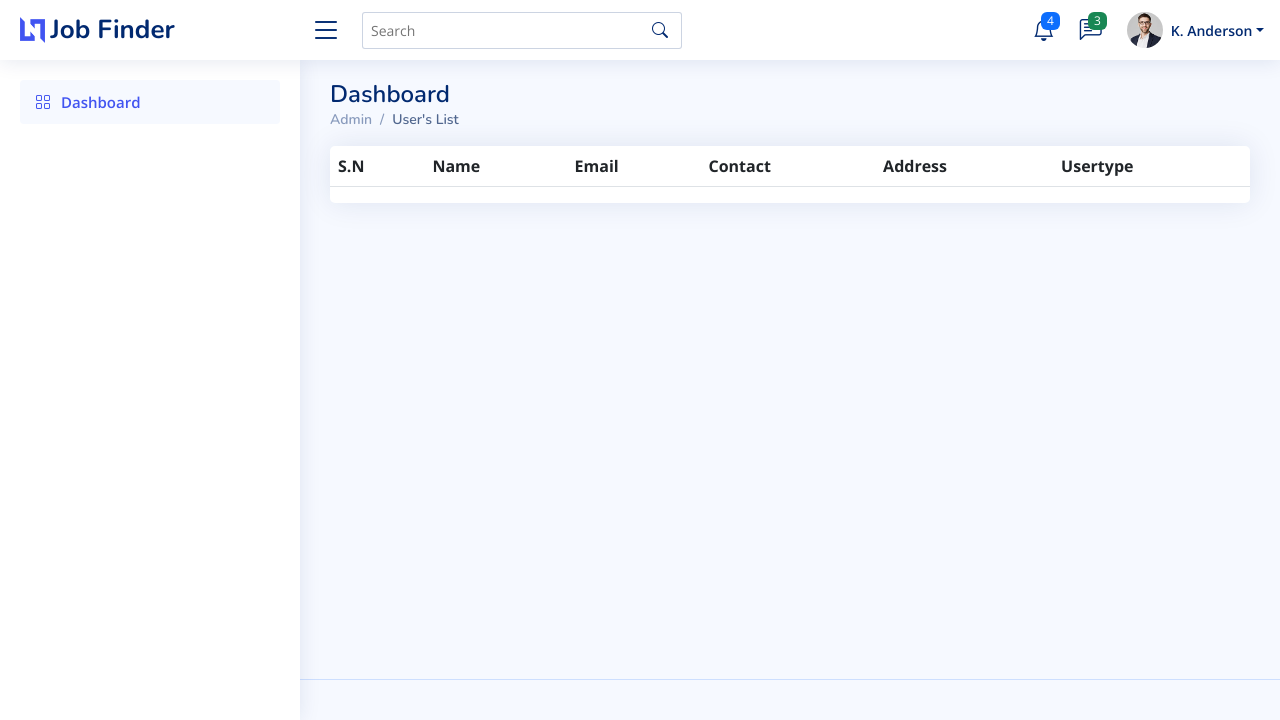
Repository: neha-rouniyar/jobfinder
Page: http://localhost/admin/users-list
These files come from the project's save history. The page is drawn as it stood at one moment and after a run of saves; the edit follows.
The browser window is 1280 px wide. The pictures show the whole page.
The page is served by the project's Laravel application, run on PHP 8.4 with Laravel 10. Other server files are loaded and not shown. Queries for data that is not in the repository find no rows.

Above is the page before, as saved 2023-12-21 22:06:49.

### routes/web.php
<?php

use App\Http\Controllers\Admin\AdminController;
use App\Http\Controllers\RegisterController;
use Illuminate\Support\Facades\Route;

/*
|--------------------------------------------------------------------------
| Web Routes
|--------------------------------------------------------------------------
|
| Here is where you can register web routes for your application. These
| routes are loaded by the RouteServiceProvider and all of them will
| be assigned to the "web" middleware group. Make something great!
|
*/

Route::get('/', function () {
    return view('welcome');
});

Route::get('/login-form',[RegisterController::class,'loginForm'])->name('login.form');
Route::get('/register-form',[RegisterController::class,'registerForm'])->name('register.form');
Route::get('/employer-form',[RegisterController::class,'employerForm'])->name('employer.form');
Route::post('/user/register-form',[RegisterController::class,'userRegisterStore'])->name('user.register.submit');
Route::post('/employer/register-form',[RegisterController::class,'companyRegisterStore'])->name('company.register.submit');
Route::post('/login-submit',[RegisterController::class,'loginAuthenticate'])->name('login.submit');





Route::get('/verify-email/{token}',[RegisterController::class,'verifyEmail'])->name('verify.email');


//admin page
Route::get('/admin-dashboard',[AdminController::class,'index'])->name('admin.dashboard');
Route::get('/admin/users-list',[AdminController::class,'userList'])->name('admin.users.list');


//common routes
// Route::get('/admin-dashboard',[AdminController::class,'index'])->name('common.dashboard');

### app/Http/Controllers/Admin/AdminController.php
<?php

namespace App\Http\Controllers\Admin;

use App\Http\Controllers\Controller;
use App\Models\User;
use Illuminate\Http\Request;

class AdminController extends Controller
{
    public function index()
    {
        return view('admin.index');
    }
    public function userList()
    {
        $users=User::all();
        // dd($users);
        return view('admin.user.userList',compact('users'));
    }
}

### app/Models/User.php
<?php

namespace App\Models;

// use Illuminate\Contracts\Auth\MustVerifyEmail;
use Illuminate\Database\Eloquent\Factories\HasFactory;
use Illuminate\Foundation\Auth\User as Authenticatable;
use Illuminate\Notifications\Notifiable;
use Laravel\Sanctum\HasApiTokens;

class User extends Authenticatable
{
    use HasApiTokens, HasFactory, Notifiable;

    /**
     * The attributes that are mass assignable.
     *
     * @var array<int, string>
     */
    protected $fillable = [
        'name',
        'email',
        'password',
    ];

    /**
     * The attributes that should be hidden for serialization.
     *
     * @var array<int, string>
     */
    protected $hidden = [
        'password',
        'remember_token',
    ];

    /**
     * The attributes that should be cast.
     *
     * @var array<string, string>
     */
    protected $casts = [
        'email_verified_at' => 'datetime',
        'password' => 'hashed',
    ];
    public function emailVerification()
    {
        return $this->hasOne(EmailVerification::class);
    }
    public function roles()
    {
        return $this->belongsToMany(User::class,'user_roles','user_id','role_id');
    }

}

### resources/views/admin/user/userList.blade.php
@extends('admin.index')
@section('content')

<main id="main" class="main">

    <div class="pagetitle">
        <h1>Dashboard</h1>
        <nav>
          <ol class="breadcrumb">
            <li class="breadcrumb-item"><a href="#">Admin</a></li>
            <li class="breadcrumb-item active">User's List</li>
          </ol>
        </nav>
      </div>
      <div class="card" id="div1">
      <table class="table .table-borderless">
        <thead>
          <tr>
            <th scope="col">S.N</th>
            <th scope="col">Name</th>
            <th scope="col">Email</th>
            <th scope="col">Contact</th>
            <th scope="col">Address</th>
            <th scope="col">Usertype</th>
          </tr>
        </thead>
        <tbody>
            @foreach ($users as $data)

            <td>1</td>
            <td>{{$data->name}}</td>
            <td>{{$data->email}}</td>
            <td>{{$data->contact}}</td>
            <td>{{$data->address}}</td>
            <td>
                @if ($data->usertype=='regular')
                <span class="badge rounded-pill bg-primary">Regular</span>
                @elseif ($data->usertype=='employer')
                <span class="badge rounded-pill bg-primary">Employer</span>

                @endif
            </td>

        </tbody>
        @endforeach
      </table>
      </div>

  </main

@endsection

### resources/views/admin/index.blade.php
<!DOCTYPE html>
<html lang="en">

<head>
  <meta charset="utf-8">
  <meta content="width=device-width, initial-scale=1.0" name="viewport">

  <title>Dashboard - NiceAdmin Bootstrap Template</title>
  <meta content="" name="description">
  <meta content="" name="keywords">

  <!-- Favicons -->
  <link href="assets/img/favicon.png" rel="icon">
  <link href="assets/img/apple-touch-icon.png" rel="apple-touch-icon">

  @include('admin.adminfiles.css')
</head>
<body>

  <!-- ======= Header ======== -->
@include('admin.adminfiles.navbar')


  <!-- ======= Sidebar ======= -->
  @include('admin.adminfiles.sidebar')

  @yield('content')
  <!-- End #main -->

  <!-- ======= Footer ======= -->
@include('admin.adminfiles.footer')
  <!-- End Footer -->

  <a href="#" class="back-to-top d-flex align-items-center justify-content-center"><i class="bi bi-arrow-up-short"></i></a>

  <!-- Vendor JS Files -->
@include('admin.adminfiles.js')

</body>

</html>

### resources/views/admin/adminfiles/css.blade.php
<link href="https://fonts.gstatic.com" rel="preconnect">
  <link href="https://fonts.googleapis.com/css?family=Open+Sans:300,300i,400,400i,600,600i,700,700i|Nunito:300,300i,400,400i,600,600i,700,700i|Poppins:300,300i,400,400i,500,500i,600,600i,700,700i" rel="stylesheet">

  <!-- Vendor CSS Files -->
  <link href="{{asset('adminasset/vendor/bootstrap/css/bootstrap.min.css')}}" rel="stylesheet">
  <link href="{{asset('adminasset/vendor/bootstrap-icons/bootstrap-icons.css')}}" rel="stylesheet">
  <link href="{{asset('adminasset/vendor/boxicons/css/boxicons.min.css')}}" rel="stylesheet">
  <link href="{{asset('adminasset/vendor/quill/quill.snow.css')}}" rel="stylesheet">
  <link href="{{asset('adminasset/vendor/quill/quill.bubble.css')}}" rel="stylesheet">
  <link href="{{asset('adminasset/vendor/remixicon/remixicon.css')}}" rel="stylesheet">
  <link href="{{asset('adminasset/vendor/simple-datatables/style.css')}}" rel="stylesheet">

  <!-- Template Main CSS File -->
  <link href="{{asset('adminasset/css/style.css')}}" rel="stylesheet">

### resources/views/admin/adminfiles/navbar.blade.php

<header id="header" class="header fixed-top d-flex align-items-center">

    <div class="d-flex align-items-center justify-content-between">
      <a href="index.html" class="logo d-flex align-items-center">
        <img src="{{asset('adminasset/img/logo.png')}}" alt="">
        <span class="d-none d-lg-block">Job Finder</span>
      </a>
      <i class="bi bi-list toggle-sidebar-btn"></i>
    </div><!-- End Logo -->

    <div class="search-bar">
      <form class="search-form d-flex align-items-center" method="POST" action="#">
        <input type="text" name="query" placeholder="Search" title="Enter search keyword">
        <button type="submit" title="Search"><i class="bi bi-search"></i></button>
      </form>
    </div><!-- End Search Bar -->

    <nav class="header-nav ms-auto">
      <ul class="d-flex align-items-center">

        <li class="nav-item d-block d-lg-none">
          <a class="nav-link nav-icon search-bar-toggle " href="#">
            <i class="bi bi-search"></i>
          </a>
        </li><!-- End Search Icon-->

        <li class="nav-item dropdown">

          <a class="nav-link nav-icon" href="#" data-bs-toggle="dropdown">
            <i class="bi bi-bell"></i>
            <span class="badge bg-primary badge-number">4</span>
          </a><!-- End Notification Icon -->

          <ul class="dropdown-menu dropdown-menu-end dropdown-menu-arrow notifications">
            <li class="dropdown-header">
              You have 4 new notifications
              <a href="#"><span class="badge rounded-pill bg-primary p-2 ms-2">View all</span></a>
            </li>
            <li>
              <hr class="dropdown-divider">
            </li>

            <li class="notification-item">
              <i class="bi bi-exclamation-circle text-warning"></i>
              <div>
                <h4>Lorem Ipsum</h4>
                <p>Quae dolorem earum veritatis oditseno</p>
                <p>30 min. ago</p>
              </div>
            </li>

            <li>
              <hr class="dropdown-divider">
            </li>

            <li class="notification-item">
              <i class="bi bi-x-circle text-danger"></i>
              <div>
                <h4>Atque rerum nesciunt</h4>
                <p>Quae dolorem earum veritatis oditseno</p>
                <p>1 hr. ago</p>
              </div>
            </li>

            <li>
              <hr class="dropdown-divider">
            </li>

            <li class="notification-item">
              <i class="bi bi-check-circle text-success"></i>
              <div>
                <h4>Sit rerum fuga</h4>
                <p>Quae dolorem earum veritatis oditseno</p>
                <p>2 hrs. ago</p>
              </div>
            </li>

            <li>
              <hr class="dropdown-divider">
            </li>

            <li class="notification-item">
              <i class="bi bi-info-circle text-primary"></i>
              <div>
                <h4>Dicta reprehenderit</h4>
                <p>Quae dolorem earum veritatis oditseno</p>
                <p>4 hrs. ago</p>
              </div>
            </li>

            <li>
              <hr class="dropdown-divider">
            </li>
            <li class="dropdown-footer">
              <a href="#">Show all notifications</a>
            </li>

          </ul><!-- End Notification Dropdown Items -->

        </li><!-- End Notification Nav -->

        <li class="nav-item dropdown">

          <a class="nav-link nav-icon" href="#" data-bs-toggle="dropdown">
            <i class="bi bi-chat-left-text"></i>
            <span class="badge bg-success badge-number">3</span>
          </a><!-- End Messages Icon -->

          <ul class="dropdown-menu dropdown-menu-end dropdown-menu-arrow messages">
            <li class="dropdown-header">
              You have 3 new messages
              <a href="#"><span class="badge rounded-pill bg-primary p-2 ms-2">View all</span></a>
            </li>
            <li>
              <hr class="dropdown-divider">
            </li>

            <li class="message-item">
              <a href="#">
                <img src="assets/img/messages-1.jpg" alt="" class="rounded-circle">
                <div>
                  <h4>Maria Hudson</h4>
                  <p>Velit asperiores et ducimus soluta repudiandae labore officia est ut...</p>
                  <p>4 hrs. ago</p>
                </div>
              </a>
            </li>
            <li>
              <hr class="dropdown-divider">
            </li>

            <li class="message-item">
              <a href="#">
                <img src="assets/img/messages-2.jpg" alt="" class="rounded-circle">
                <div>
                  <h4>Anna Nelson</h4>
                  <p>Velit asperiores et ducimus soluta repudiandae labore officia est ut...</p>
                  <p>6 hrs. ago</p>
                </div>
              </a>
            </li>
            <li>
              <hr class="dropdown-divider">
            </li>

            <li class="message-item">
              <a href="#">
                <img src="assets/img/messages-3.jpg" alt="" class="rounded-circle">
                <div>
                  <h4>David Muldon</h4>
                  <p>Velit asperiores et ducimus soluta repudiandae labore officia est ut...</p>
                  <p>8 hrs. ago</p>
                </div>
              </a>
            </li>
            <li>
              <hr class="dropdown-divider">
            </li>

            <li class="dropdown-footer">
              <a href="#">Show all messages</a>
            </li>

          </ul><!-- End Messages Dropdown Items -->

        </li><!-- End Messages Nav -->

        <li class="nav-item dropdown pe-3">

          <a class="nav-link nav-profile d-flex align-items-center pe-0" href="#" data-bs-toggle="dropdown">
            <img src="{{asset('adminasset/img/profile-img.jpg')}}" alt="Profile" class="rounded-circle">
            <span class="d-none d-md-block dropdown-toggle ps-2">K. Anderson</span>
          </a><!-- End Profile Iamge Icon -->

          <ul class="dropdown-menu dropdown-menu-end dropdown-menu-arrow profile">
            <li class="dropdown-header">
              <h6>{{ Session::get('hostelname') }}</h6>
              <span>Web Designer</span>
            </li>
            <li>
              <hr class="dropdown-divider">
            </li>

            <li>
              <a class="dropdown-item d-flex align-items-center" href="users-profile.html">
                <i class="bi bi-person"></i>
                <span>My Profile</span>
              </a>
            </li>
            <li>
              <hr class="dropdown-divider">
            </li>

            <li>
              <a class="dropdown-item d-flex align-items-center" href="users-profile.html">
                <i class="bi bi-gear"></i>
                <span>Account Settings</span>
              </a>
            </li>
            <li>
              <hr class="dropdown-divider">
            </li>

            <li>
              <a class="dropdown-item d-flex align-items-center" href="pages-faq.html">
                <i class="bi bi-question-circle"></i>
                <span>Need Help?</span>
              </a>
            </li>
            <li>
              <hr class="dropdown-divider">
            </li>

            <li>
              <a class="dropdown-item d-flex align-items-center" href="{{url('admin-logout')}}">
                <i class="bi bi-box-arrow-right"></i>
                <span>Sign Out</span>
              </a>
            </li>

          </ul><!-- End Profile Dropdown Items -->
        </li><!-- End Profile Nav -->

      </ul>
    </nav><!-- End Icons Navigation -->

  </header>

### resources/views/admin/adminfiles/sidebar.blade.php
<aside id="sidebar" class="sidebar">

    <ul class="sidebar-nav" id="sidebar-nav">

      <li class="nav-item">
        <a class="nav-link " href="">
          <i class="bi bi-grid"></i>
          <span>Dashboard</span>
        </a>
      </li>
      @if (Auth::check() && Auth::user()->usertype == 'admin')
      <li class="nav-item">
          <a class="nav-link collapsed" href="users-profile.html">
              <i class="bi bi-person"></i>
              <span>Employer's List</span>
          </a>
      </li>
      <li class="nav-item">
        <a class="nav-link collapsed" href="{{route('admin.users.list')}}">
            <i class="bi bi-person"></i>
            <span>User's List</span>
        </a>
    </li>
  @endif


      {{-- <li class="nav-item">
        <a class="nav-link collapsed" href="pages-faq.html">
          <i class="bi bi-question-circle"></i>
          <span>F.A.Q</span>
        </a>
      </li><!-- End F.A.Q Page Nav -->

      <li class="nav-item">
        <a class="nav-link collapsed" href="pages-contact.html">
          <i class="bi bi-envelope"></i>
          <span>Contact</span>
        </a>
      </li><!-- End Contact Page Nav -->

      <li class="nav-item">
        <a class="nav-link collapsed" href="pages-register.html">
          <i class="bi bi-card-list"></i>
          <span>Register</span>
        </a>
      </li><!-- End Register Page Nav -->

      <li class="nav-item">
        <a class="nav-link collapsed" href="pages-login.html">
          <i class="bi bi-box-arrow-in-right"></i>
          <span>Login</span>
        </a>
      </li><!-- End Login Page Nav -->

      <li class="nav-item">
        <a class="nav-link collapsed" href="pages-error-404.html">
          <i class="bi bi-dash-circle"></i>
          <span>Error 404</span>
        </a>
      </li><!-- End Error 404 Page Nav -->

      <li class="nav-item">
        <a class="nav-link collapsed" href="pages-blank.html">
          <i class="bi bi-file-earmark"></i>
          <span>Blank</span>
        </a>
      </li><!-- End Blank Page Nav --> --}}

    </ul>

  </aside>

### resources/views/admin/adminfiles/footer.blade.php

<footer id="footer" class="footer">
    {{-- <div class="copyright">
      &copy; Copyright <strong><span>NiceAdmin</span></strong>. All Rights Reserved
    </div>
    <div class="credits">
      <!-- All the links in the footer should remain intact. -->
      <!-- You can delete the links only if you purchased the pro version. -->
      <!-- Licensing information: https://bootstrapmade.com/license/ -->
      <!-- Purchase the pro version with working PHP/AJAX contact form: https://bootstrapmade.com/nice-admin-bootstrap-admin-html-template/ -->
      Designed by <a href="https://bootstrapmade.com/">BootstrapMade</a>
    </div> --}}
  </footer>

### resources/views/admin/adminfiles/js.blade.php
<script src="https://khalti.com/static/khalti-checkout.js"></script>
{{-- <script src="{{asset('adminasset/js/jquery.js')}}"></script> --}}
<script src="{{asset('adminasset/vendor/apexcharts/apexcharts.min.js')}}"></script>
<script src="{{asset('adminasset/vendor/bootstrap/js/bootstrap.bundle.min.js')}}"></script>
<script src="{{asset('adminasset/vendor/chart.js/chart.umd.js')}}"></script>
<script src="{{asset('adminasset/vendor/echarts/echarts.min.js')}}"></script>
<script src="{{asset('adminasset/vendor/quill/quill.min.js')}}"></script>
<script src="{{asset('adminasset/vendor/simple-datatables/simple-datatables.js')}}"></script>
<script src="{{asset('adminasset/vendor/tinymce/tinymce.min.js')}}"></script>
<script src="{{asset('adminasset/vendor/php-email-form/validate.js')}}"></script>

<!-- Template Main JS File -->
<script src="{{asset('adminasset/js/main.js')}}"></script>

Loaded but not shown: app/Http/Controllers/Controller.php (common file); public/adminasset/js/main.js (321 lines, source omitted); public/adminasset/css/style.css (1236 lines, source omitted)

After the next 4 saves:
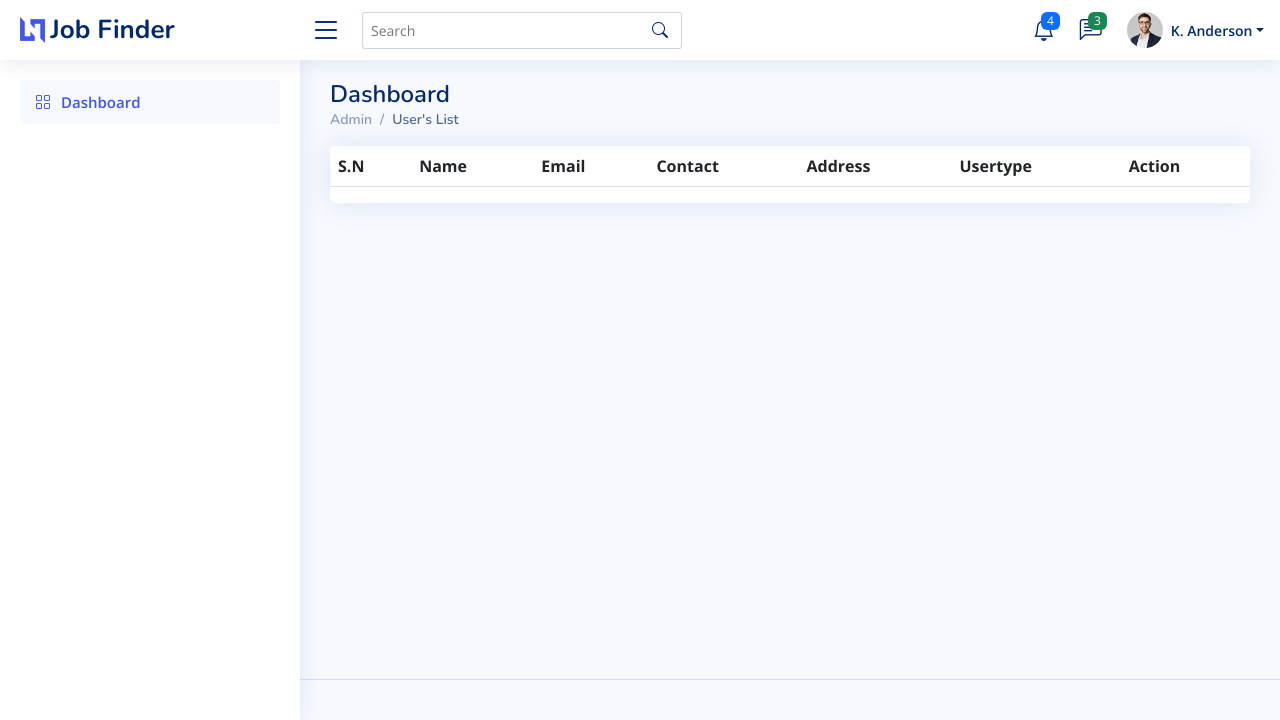
The 4 saves are shown as one change because they came seconds apart.
The last was saved 20 s later.
--- a/resources/views/admin/user/userList.blade.php
+++ b/resources/views/admin/user/userList.blade.php
@@ -22,6 +22,7 @@
             <th scope="col">Contact</th>
             <th scope="col">Address</th>
             <th scope="col">Usertype</th>
+            <th scope="col">Action</th>
           </tr>
         </thead>
         <tbody>
@@ -37,7 +38,6 @@
                 <span class="badge rounded-pill bg-primary">Regular</span>
                 @elseif ($data->usertype=='employer')
                 <span class="badge rounded-pill bg-primary">Employer</span>
-
                 @endif
             </td>
 
